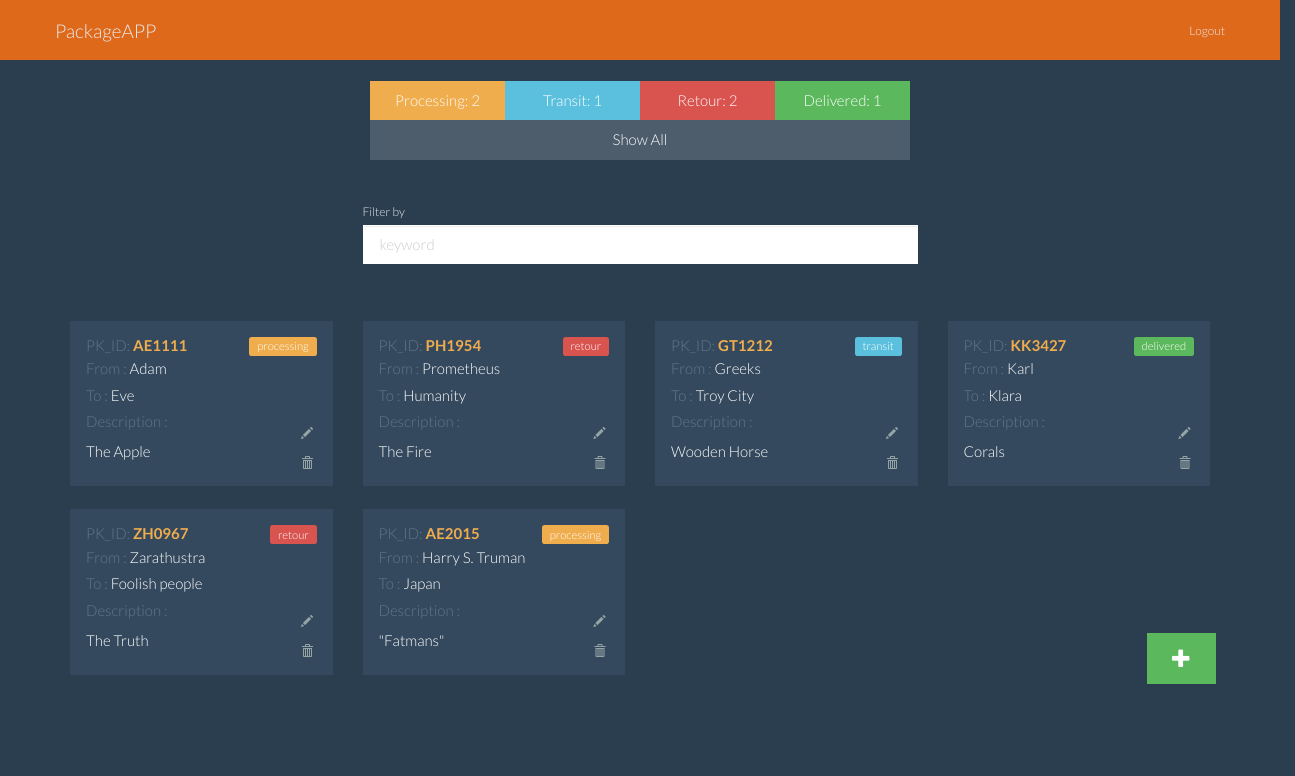
Repository: andreasmihm/aizat
Page: index.html
The author's editor kept a record of every edit. The page is drawn from the files as they stood at one moment, then again after the next edit.
The browser window is 1280 px wide. The page is 1295 px wide, so the pictures cover 1295 px, including what lies to the right of the window. The pictures show the whole page.

Above is the page before.

### index.html
<!DOCTYPE html>
<html>

<head>
  <meta charset="utf-8">
  <title>PackageAPP</title>

  <link rel="stylesheet" href="app/assets/bower_components/bootswatch-dist/css/bootstrap.min.css">
  <link rel="stylesheet" href="app/assets/style/main.css">
  <script src="app/assets/bower_components/jquery/dist/jquery.min.js"></script>
</head>

<body ng-app="PackageApp">

  <nav class="navbar navbar-inverse">
    <div id="wide_nav" class="container">
      <div class="navbar-header">
        <a class="navbar-brand" href="#">PackageAPP</a>
      </div>

      <ul class="nav navbar-nav navbar-right">
        <li><a href="#">Logout</a></li>
      </ul>
    </div>
  </nav>
  <div class="row">
    <div class="container" ng-controller="StatusCtrl">
      <div class="col-md-6 col-md-offset-3">
        <div class="btn-group btn-group-justified">
          <a href="#" class="btn btn-warning" ng-class="checked('processing') ? 'checked' : 'notCh' " ng-click="filterStatus('processing')">Processing: {{ getNumberStatus('processing') }} </a>
          <a href="#" class="btn btn-info" ng-class="checked('transit') ? 'checked' : 'notCh' " ng-click="filterStatus('transit')">Transit: {{ getNumberStatus('transit') }} </a>
          <a href="#" class="btn btn-danger" ng-class="checked('retour') ? 'checked' : 'notCh' " ng-click="filterStatus('retour')">Retour: {{ getNumberStatus('retour') }} </a>
          <a href="#" class="btn btn-success" ng-class="checked('delivered') ? 'checked' : 'notCh' " ng-click="filterStatus('delivered')">Delivered: {{ getNumberStatus('delivered') }} </a>
        </div>
        <div class="btn-group btn-group-justified">
          <a href="#" class="btn btn-default" ng-click="showAll()">Show All</a>
        </div>
      </div>
    </div>
  </div>

  <div class="break">
  </div>

  <div class="container" ng-controller="ListCtrl">
    <div class="row">
      <div class="form-group col-md-6 col-md-offset-3">
        <label class="control-label">Filter by</label>
        <div class="">
          <input class="form-control" placeholder="keyword" type="text" ng-model="search">
        </div>
      </div>
    </div>
    <div class="break">
    </div>
    <div class="row">
      <div class="col-lg-3 col-md-4 col-sm-4 col-xs-6 animate-repeat" ng-repeat="pack in packs | filter:search | status">
        <div class="package">
          <div class="alert">
            <h5 class="list-group-item-heading"><span class="text-muted">PK_ID:</span> <span class="text-warning"><strong>{{pack.id}}</strong></span><button type="button" class="btn label label-{{getClass(pack.id)}} pull-right" ng-click="cycStatus(pack.id)">{{pack.status}}</button></h5>
            <p><span class="text-muted">From :</span> {{pack.sen}}</p>
            <p><span class="text-muted">To :</span> {{pack.rec}}</p>
            <p><span class="text-muted">Description :</span></p>
            <h5>{{pack.desc}}</h5>
            <div class="package-ctrl">
              <button ng-click="edit(pack.id)" class="btn btn-sm btn-package"><span class="glyphicon glyphicon-pencil" aria-hidden="true"></span></button>
              <button ng-click="delete(pack.id)" class="btn btn-sm btn-package"><span class="glyphicon glyphicon-trash" aria-hidden="true"></span></button>
            </div>
          </div>
        </div>
      </div>
    </div>
  </div>

  <div class="container" ng-controller="AddCtrl">
    <button id="addPack" class="btn btn-lg btn-success" ng-click="modalVis = true"><span class="glyphicon glyphicon-plus" aria-hidden="true"></span></button>
    <div class="modal" ng-class="modalVis ? 'show' : 'hide' ">
      <div class="modal-dialog">
        <div class="modal-content">
          <div class="modal-header">
            <h4 class="modal-title">Add Package</h4>
          </div>
          <div class="modal-body">
            <form class="form-horizontal">
              <fieldset>
                <div class="form-group">
                  <label for="sender" class="col-lg-2 control-label">Sender</label>
                  <div class="col-lg-10">
                    <input type="text" class="form-control" id="sender" placeholder="sender name" ng-model="sender" required>
                  </div>
                </div>
                <div class="form-group">
                  <label for="recipient" class="col-lg-2 control-label">Recipient</label>
                  <div class="col-lg-10">
                    <input type="text" class="form-control" id="recipient" placeholder="recipient name" ng-model="recipient" required>
                  </div>
                </div>
                <div class="form-group">
                  <label for="description" class="col-lg-2 control-label">Description</label>
                  <div class="col-lg-10">
                    <textarea class="form-control" rows="3" id="description" ng-model="description" required></textarea>
                  </div>
                </div>

                <div class="form-group">
                  <div class="col-lg-10 col-lg-offset-2">
                    <button type="submit" class="btn btn-primary" ng-click="addPack()">Submit</button>
                    <button type="reset" class="btn btn-default" ng-click="modalVis = false">Cancel</button>
                  </div>
                </div>
              </fieldset>
            </form>
          </div>
        </div>
      </div>
    </div>
  </div>

  <div class="doubleBreak">

  </div>


  <!-- bootstrap dependencies -->
  <script src="app/assets/bower_components/bootswatch-dist/js/bootstrap.min.js"></script>
  <!-- angular dependencies -->
  <script src="app/assets/bower_components/angular/angular.min.js"></script>
  <script src="app/assets/bower_components/angular-local-storage/dist/angular-local-storage.min.js"></script>
  <script src="app/assets/bower_components/angular-animate/angular-animate.js"></script>
  <!-- angular appConfig -->
  <script src="app/app.js"></script>
  <script src="app/app.config.js"></script>
  <!-- angular controllers -->
  <script src="app/js/controllers/addCtrl.js"></script>
  <script src="app/js/controllers/statusCtrl.js"></script>
  <script src="app/js/controllers/listCtrl.js"></script>
  <!-- angular services -->
  <script src="app/js/services/packageService.js"></script>



</body>

</html>

### app/assets/style/main.css
#wide_nav {
    padding: 10px 0;
}

#id {
    display: block;
    height: 100px !important;
}

.break {
    width: 100%;
    height: 40px;
}

.doubleBreak {
    width: 100%;
    height: 80px;
}

.package {
    background:#34495e;
    margin: 2px 0;
}

.package-ctrl {
    position:absolute;
    right: 8%;
    bottom: 15%;
}

.btn-package {
    color: #95a5a6;
    background:#34495e;
    transition: all 0.3s;
    display: block;
}

.label {
    transition: all 0.4s;
}

.btn-package:hover {
}

.checked {
    opacity: 1;
}

.notCh {
    opacity: 0.3;
}

#addPack {
    position: fixed;
    bottom: 5%;
    right: 5%;
    background: #5cb85c;
}

.animate-repeat.ng-enter {
    animation: enter 0.3s;
    -webkit-animation: enter 0.3s;
}

.animate-repeat.ng-leave {
    animation: exit 0.3s;
    -webkit-animation: exit 0.3s;
}

.animate-repeat.ng-enter-stagger,
.animate-repeat.ng-leave-stagger,
.animate-repeat.ng-move-stagger {
  -webkit-animation-delay:0.25s;
  animation-delay:0.25s;
}


.text-muted {
    color: #63778a;
}

@keyframes enter {
    from {
        opacity: 0;
        transform: scale3d(.3, .3, .3);
    }
    50% {
        opacity: 1;
    }
}

@keyframes exit {
    from {
        opacity: 1;
    }
    to {
        opacity: 0;
        transform: scale3d(.3, .3, .3);
    }
}

### app/app.js
'use strict';

angular.module('PackageApp', ['ngAnimate']);

### app/app.config.js
/*angular.module('PackageApp').config(function() {

});*/

### app/js/controllers/addCtrl.js
angular.module('PackageApp').controller('AddCtrl', function($scope, packageService) {
    $scope.addPack = function() {
        if ($scope.sender && $scope.recipient && $scope.description) {
            var newPack = {
                id: $scope.sender.charAt(0).toUpperCase() + $scope.recipient.charAt(0).toUpperCase() + getRandom(),
                sen: $scope.sender,
                rec: $scope.recipient,
                desc: $scope.description,
                status: 'processing'
            };
            packageService.addPack(newPack);
            flushFields();
            $scope.modalVis = false;
        }
    }

    $scope.modalVis = false;

    function flushFields() {
        $scope.sender = '';
        $scope.recipient = '';
        $scope.description = '';
    };

    function getRandom() {
        return Math.floor(Math.random() * (9999 - 1111) + 1111);
    }
});

### app/js/controllers/statusCtrl.js
angular.module('PackageApp').controller('StatusCtrl', function($scope, packageService, checkedStatus) {
    $scope.getNumberStatus = function(status) {
        return packageService.getPackByStatus(status).length;
    }

    $scope.showAll = function(){
        checkedStatus.flush();
    }

    $scope.filterStatus = function(stat){
        checkedStatus.toggle(stat);
    }
    $scope.checked = function(stat){
        return checkedStatus.check(stat);
    }
}).factory('checkedStatus', function() {
    var checked = [];
    return {
        check: function(stat) {
            if(checked.length > 0)
                return (checked.indexOf(stat) > -1) ? true : false;
            else
                return true;
        },
        toggle: function(stat) {
            if (checked.indexOf(stat) == -1)
                return checked.push(stat);
            else
                checked = checked.filter(function(elem) {
                    return elem !== stat;
                });
        },
        flush: function(){
            checked = [];
        }
    }
}).filter('status', ['checkedStatus', function(checkedStatus) {
    return function(packs) {
        return packs.filter(function(pack){
            return checkedStatus.check(pack.status);
        });
    };
}]);

### app/js/controllers/listCtrl.js
angular.module('PackageApp').controller('ListCtrl', function($scope, packageService) {

    $scope.packs = packageService.getPacks();

    $scope.getClass = function(id) {
        var stat = packageService.getPackByID(id)[0].status;
        switch (stat) {
            case 'processing':
                return 'warning';
                break;
            case 'transit':
                return 'info';
                break;
            case 'retour':
                return 'danger';
                break;
            case 'delivered':
                return 'success';
                break;

            default:
                return 'default';
        }
    }
    $scope.cycStatus = function(id) {
        packageService.changeStatus(id);
    }
    $scope.delete = function(id) {
        packageService.deletePack(id);
        $scope.packs = packageService.getPacks();
    }

});

### app/js/services/packageService.js
angular.module('PackageApp').factory('packageService', function() {

    var packs = [{
        id: "AE1111",
        sen: "Adam",
        rec: "Eve",
        desc: "The Apple",
        status: "processing"
    }, {
        id: "PH1954",
        sen: "Prometheus",
        rec: "Humanity",
        desc: "The Fire",
        status: "retour"
    }, {
        id: "GT1212",
        sen: "Greeks",
        rec: "Troy City",
        desc: 'Wooden Horse',
        status: "transit"
    }, {
        id: "KK3427",
        sen: "Karl",
        rec: "Klara",
        desc: "Corals",
        status: "delivered"
    },{
        id: "ZH0967",
        sen: "Zarathustra",
        rec: "Foolish people",
        desc: "The Truth",
        status: "retour"
    }, {
        id: "AE2015",
        sen: "Harry S. Truman",
        rec: "Japan",
        desc: '"Fatmans"',
        status: "processing"
    }];
    return {
        getPacks: function() {
            return packs;
        },
        getPackByStatus: function(status) {
            return packs.filter(function(elem) {
                return elem.status == status;
            });
        },
        getPackByID: function(id) {
            return packs.filter(function(elem) {
                return elem.id == id;
            });
        },
        addPack: function(pack) {
            packs.push(pack);
        },
        changeStatus: function(id) {
            for (var i = 0; i < packs.length; i++) {
                if (packs[i].id === id) {
                    switch (packs[i].status) {
                        case 'processing':
                            packs[i].status = 'transit';
                            break;
                        case 'transit':
                            packs[i].status = 'delivered';
                            break;
                        case 'retour':
                            packs[i].status = 'processing';
                            break;
                        case 'delivered':
                            packs[i].status = 'retour';
                            break;
                        default:
                            packs[i].status = 'processing';
                    }
                }
            }
        },
        deletePack: function(del) {
            packs = packs.filter(function(elem) {
                return elem.id !== del;
            });
        }
    };
})

Loaded but not shown: app/assets/bower_components/bootswatch-dist/css/bootstrap.min.css (library); app/assets/bower_components/jquery/dist/jquery.min.js (library); app/assets/bower_components/bootswatch-dist/js/bootstrap.min.js (library); app/assets/bower_components/angular/angular.min.js (library); app/assets/bower_components/angular-local-storage/dist/angular-local-storage.min.js (library); app/assets/bower_components/angular-animate/angular-animate.js (library)

After the next edit:
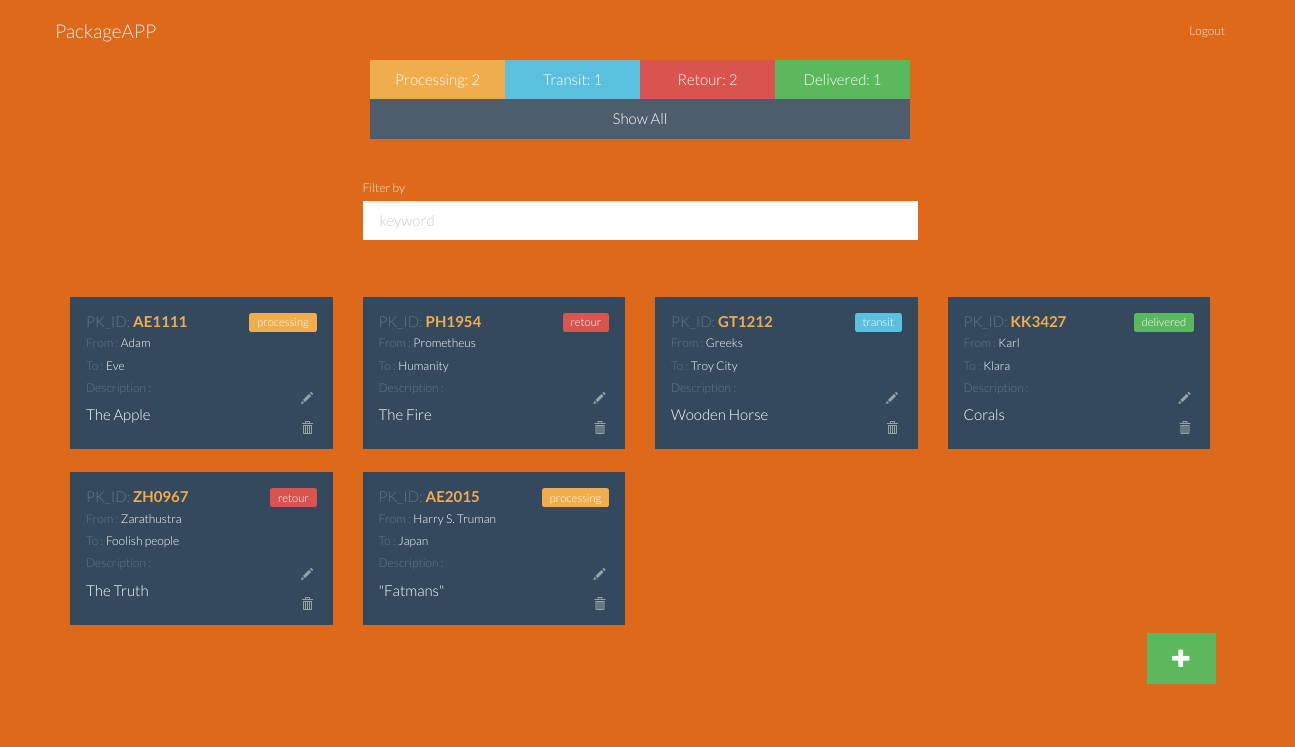
The edit:
--- a/index.html
+++ b/index.html
@@ -10,8 +10,7 @@
   <script src="app/assets/bower_components/jquery/dist/jquery.min.js"></script>
 </head>
 
-<body ng-app="PackageApp">
-
+<body ng-app="PackageApp"
   <nav class="navbar navbar-inverse">
     <div id="wide_nav" class="container">
       <div class="navbar-header">

After the 2 edits that followed:
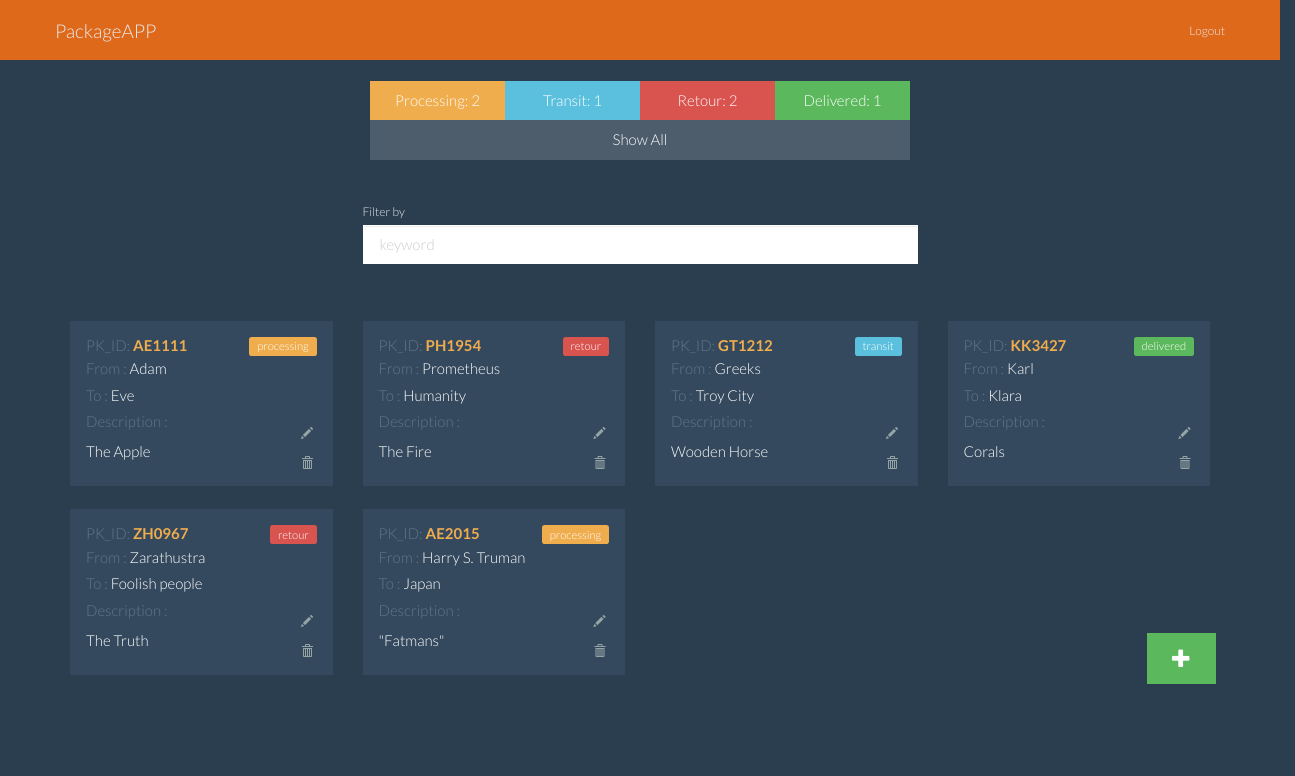
The 2 edits are shown as one change because 1 left the picture as it was.
The edit:
--- a/index.html
+++ b/index.html
@@ -10,13 +10,12 @@
   <script src="app/assets/bower_components/jquery/dist/jquery.min.js"></script>
 </head>
 
-<body ng-app="PackageApp"
+<body ng-app="PackageApp">
   <nav class="navbar navbar-inverse">
     <div id="wide_nav" class="container">
       <div class="navbar-header">
         <a class="navbar-brand" href="#">PackageAPP</a>
       </div>
-
       <ul class="nav navbar-nav navbar-right">
         <li><a href="#">Logout</a></li>
       </ul>
